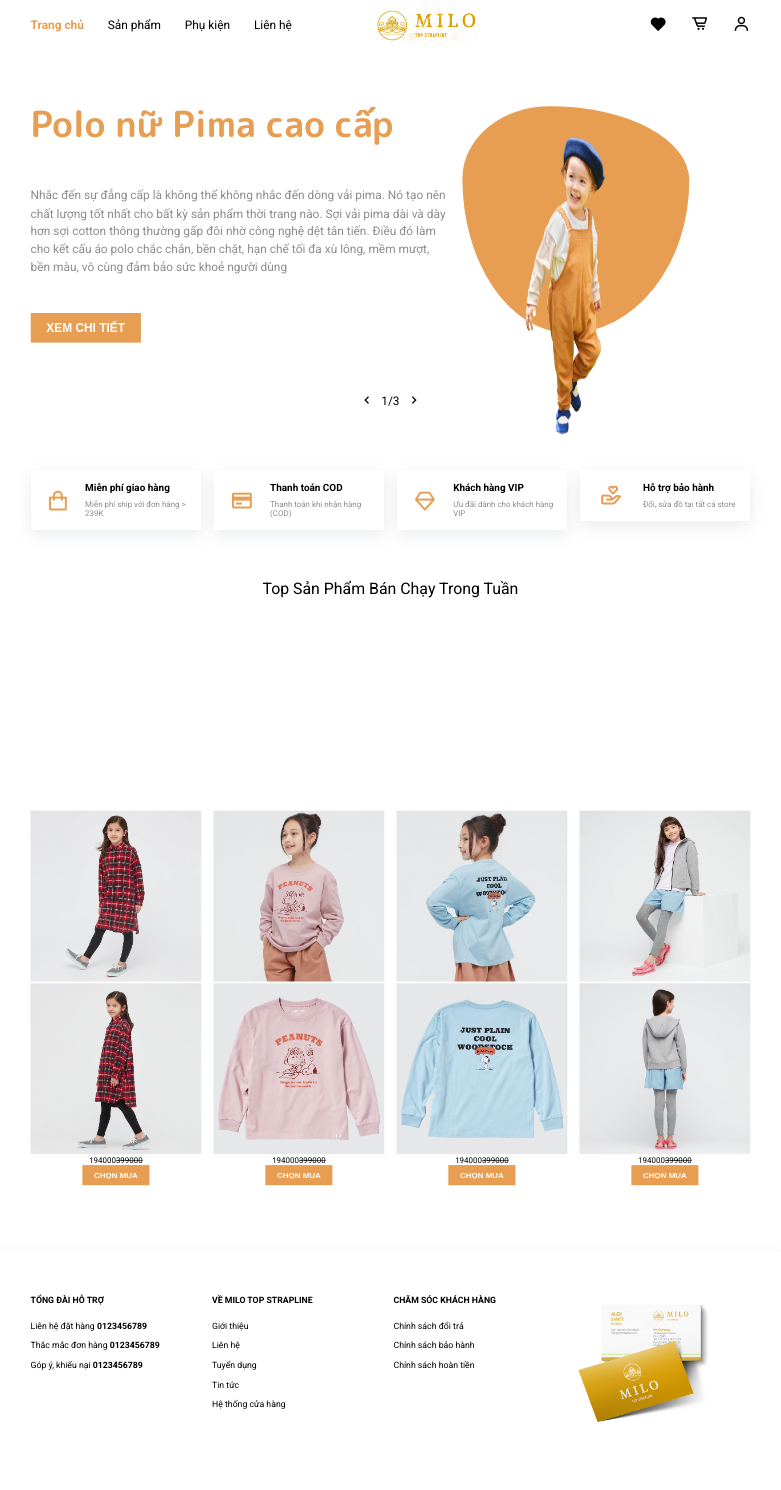
Repository: QuyHoang99k/shop
Page: /
The author's editor kept a copy of each file at every save. The page is drawn from the files as they stood at one save, then again after the next save.
The browser window is 1280 px wide. The pictures show the whole page, at 61% of full size.
The project was rebuilt for these pictures with package versions that can differ from the ones it lists, and the page was loaded fresh each time. Also part of the build but not shown: src/pages/Catalog.jsx, src/pages/Cart.jsx, src/pages/Product.jsx.

Above is the page before, as saved 2021-10-19 10:56:31.

After the next save:
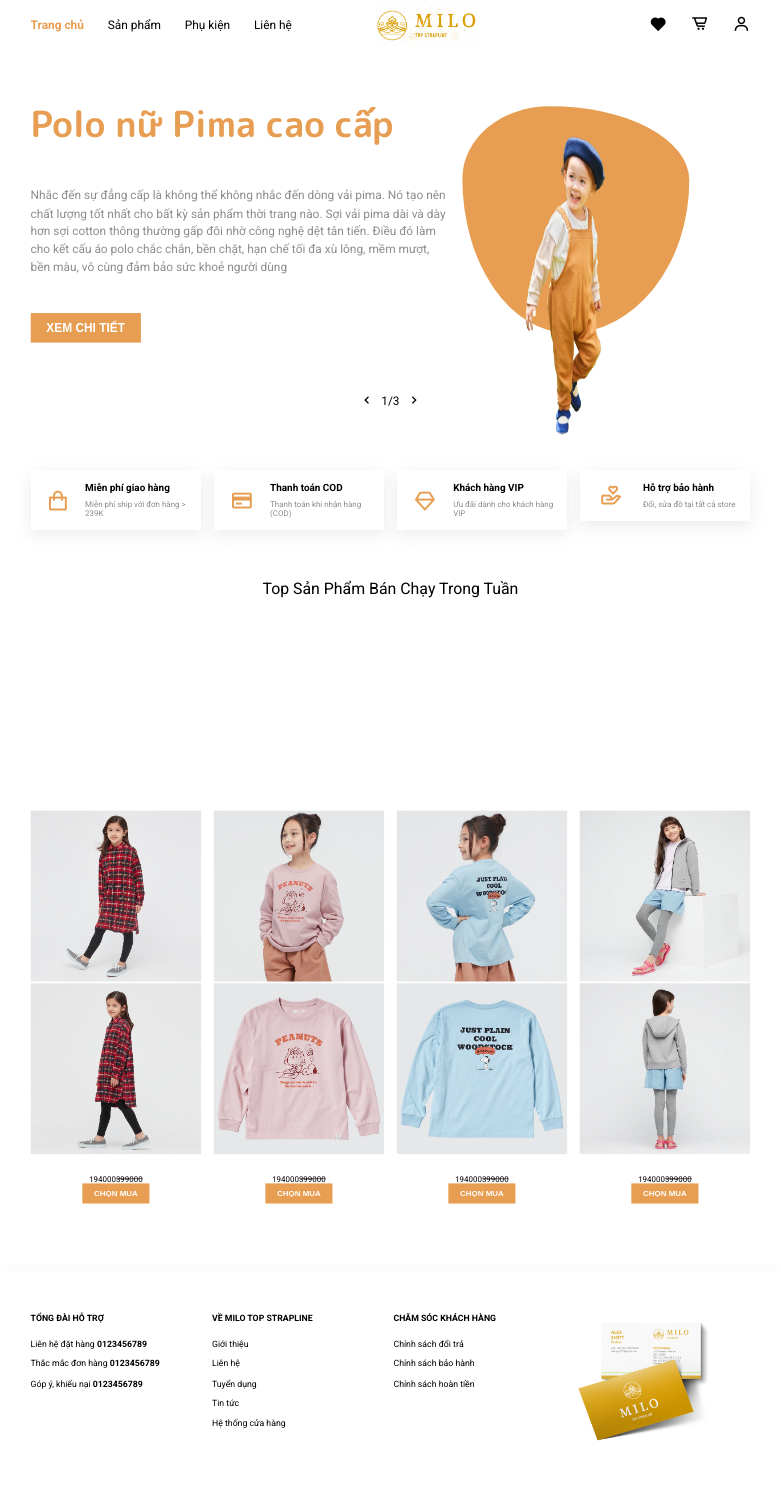
Saved 10 s later.
--- a/src/sass/components/_product-card.scss
+++ b/src/sass/components/_product-card.scss
@@ -5,6 +5,7 @@
     &__image{
         padding-top: 100%;
         position: relative;
-
+        overflow: hidden;
+        margin-bottom: 30px;
     }
 }
